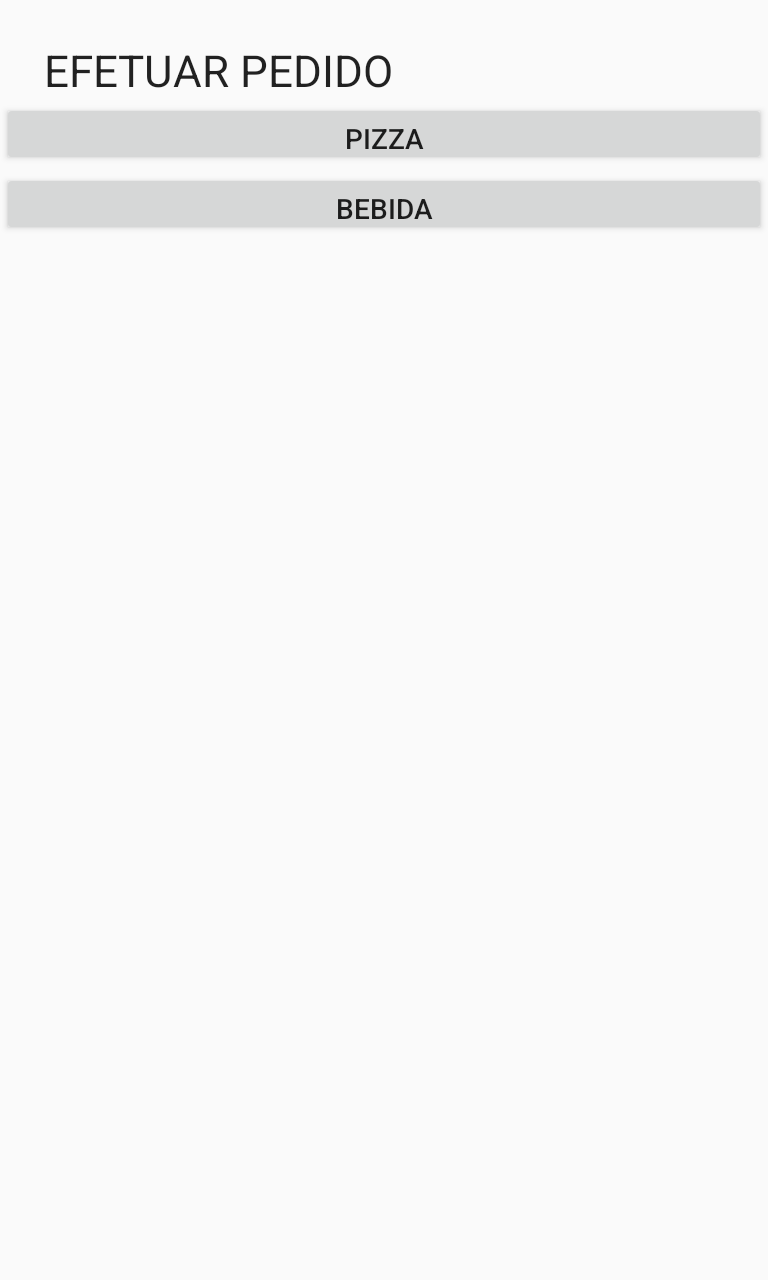
Repository: LucasSampaio/SysPizza-PSI
Layout: CodigoFonte/MOBILE/SysPizza/res/layout/activity_efetuar_pedidos.xml
These files come from the project's save history. The layout is drawn as it stood at one moment and after the next save; the edit follows.
It is drawn on a 768 x 1280 px phone screen (xhdpi) without system bars, with theme AppTheme; the app's code is not run.

Above is the layout before, as saved 2014-09-25 13:45:41.

### CodigoFonte/MOBILE/SysPizza/res/layout/activity_efetuar_pedidos.xml
<?xml version="1.0" encoding="utf-8"?>
<RelativeLayout xmlns:android="http://schemas.android.com/apk/res/android"
    android:layout_width="match_parent"
    android:layout_height="match_parent" >

    <TextView
        android:id="@+id/textView1"
        android:layout_width="wrap_content"
        android:layout_height="wrap_content"
        android:layout_alignParentLeft="true"
        android:layout_alignParentTop="true"
        android:layout_marginLeft="22dp"
        android:layout_marginTop="20dp"
        android:text="EFETUAR PEDIDO"
        android:textAppearance="?android:attr/textAppearanceLarge" />

    <Button
        android:id="@+id/btPizzaEfetuarPedido"
        android:layout_width="fill_parent"
        android:layout_height="35dp"
        android:layout_alignParentLeft="true"
        android:layout_below="@+id/textView1"
        android:text="Pizza" />

    <Button
        android:id="@+id/btBebidaEfetuarPedido"
        android:layout_width="fill_parent"
        android:layout_height="35dp"
        android:layout_alignParentLeft="true"
        android:layout_below="@+id/btPizzaEfetuarPedido"
        android:text="Bebida" />

</RelativeLayout>

Loaded but not shown: CodigoFonte/MOBILE/SysPizza/res/values/styles.xml (common file); CodigoFonte/MOBILE/SysPizza/res/values-v11/styles.xml (common file); CodigoFonte/MOBILE/SysPizza/res/values-v14/styles.xml (common file)

After the next save:
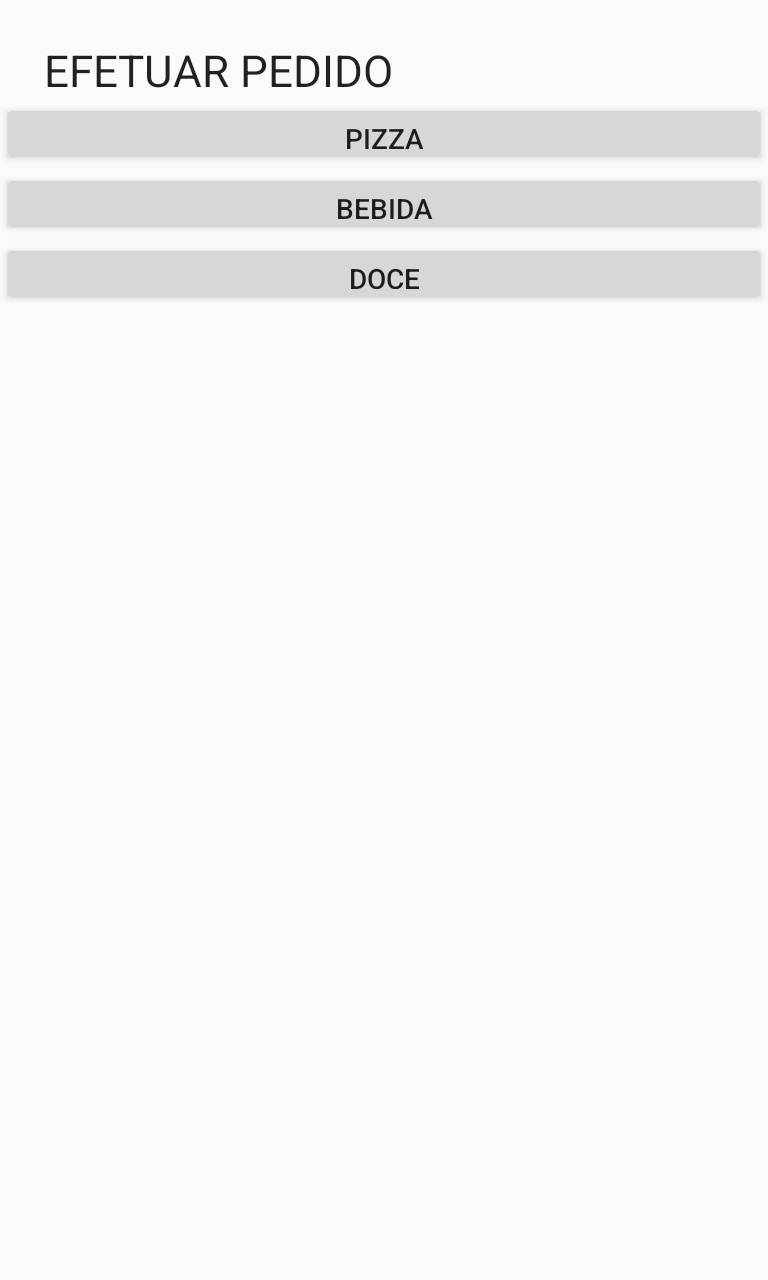
Saved 25 s later.
--- a/CodigoFonte/MOBILE/SysPizza/res/layout/activity_efetuar_pedidos.xml
+++ b/CodigoFonte/MOBILE/SysPizza/res/layout/activity_efetuar_pedidos.xml
@@ -30,4 +30,12 @@
         android:layout_below="@+id/btPizzaEfetuarPedido"
         android:text="Bebida" />
 
+    <Button
+        android:id="@+id/btDoceEfetuarPedido"
+        android:layout_width="fill_parent"
+        android:layout_height="35dp"
+        android:layout_alignParentLeft="true"
+        android:layout_below="@+id/btBebidaEfetuarPedido"
+        android:text="Doce" />
+
 </RelativeLayout>
